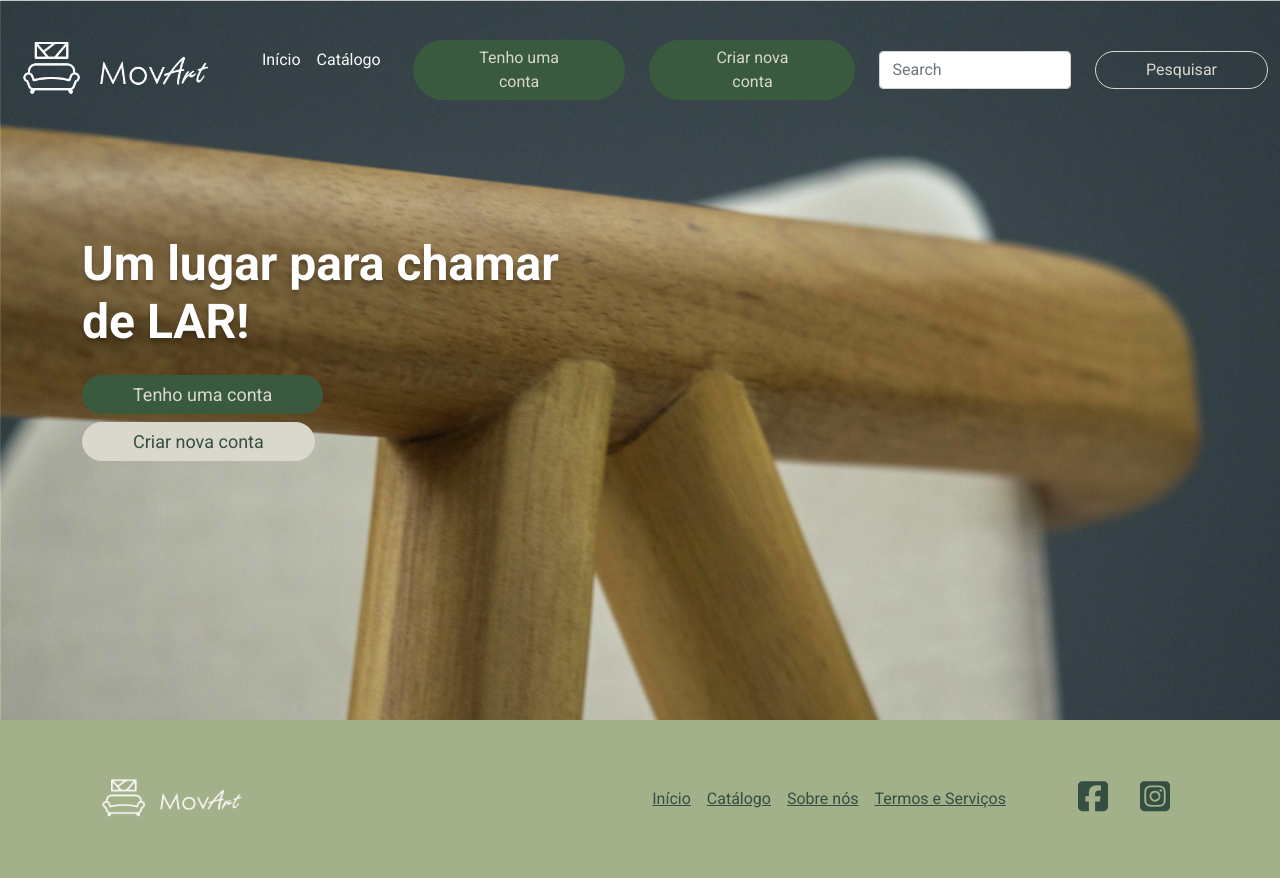
Repository: telesbp/Projeto-4-e-Projeto-5
Page: / (app in front-end/)
An editor plug-in stored every save of this project. The page is shown before and after the next save, followed by the edit.
The browser window is 1280 px wide. The pictures show the whole page.
The project was rebuilt for these pictures with package versions that can differ from the ones it lists, and the page was loaded fresh each time.

Above is the page before, as saved 2022-07-18 18:56:07.

### front-end/public/index.html
<!DOCTYPE html>
<html lang="pt-BR">
  <head>
    <meta charset="utf-8" />
    <link rel="icon" href="%PUBLIC_URL%/favicon.ico" />
    <meta name="viewport" content="width=device-width, initial-scale=1" />
    <meta name="theme-color" content="#000000" />
    <meta
      name="description"
      content="Seu negócio automatizado!"
    />
    <link rel="apple-touch-icon" href="%PUBLIC_URL%/logo192.png" />
    <!--
      manifest.json provides metadata used when your web app is installed on a
      user's mobile device or desktop. See https://developers.google.com/web/fundamentals/web-app-manifest/
    -->
    <link rel="manifest" href="%PUBLIC_URL%/manifest.json" />
    <!--
      Notice the use of %PUBLIC_URL% in the tags above.
      It will be replaced with the URL of the `public` folder during the build.
      Only files inside the `public` folder can be referenced from the HTML.

      Unlike "/favicon.ico" or "favicon.ico", "%PUBLIC_URL%/favicon.ico" will
      work correctly both with client-side routing and a non-root public URL.
      Learn how to configure a non-root public URL by running `npm run build`.
    -->
    <title>Stagio</title>

    <link rel="preconnect" href="https://fonts.googleapis.com">
    <link rel="preconnect" href="https://fonts.gstatic.com" crossorigin>
    <link href="https://fonts.googleapis.com/css2?family=Roboto:wght@400;700&display=swap" rel="stylesheet">
  </head>
  <body>
    <noscript>You need to enable JavaScript to run this app.</noscript>
    <div id="root"></div>
    <!--
      This HTML file is a template.
      If you open it directly in the browser, you will see an empty page.

      You can add webfonts, meta tags, or analytics to this file.
      The build step will place the bundled scripts into the <body> tag.

      To begin the development, run `npm start` or `yarn start`.
      To create a production bundle, use `npm run build` or `yarn build`.
    -->
  </body>
</html>

### front-end/src/index.tsx
import React from 'react';
import ReactDOM from 'react-dom/client';
import App from './App';
import 'bootstrap/dist/css/bootstrap.min.css';
import { BrowserRouter } from 'react-router-dom';
import 'react-toastify/dist/ReactToastify.css';
import { ToastContainer } from 'react-toastify';
import { GlobalStyle } from './assets/css/global';

const root = ReactDOM.createRoot(
  document.getElementById('root') as HTMLElement
);
root.render(
  <React.StrictMode>
    <BrowserRouter>
    <GlobalStyle/>
      <App />
      <ToastContainer/>
    </BrowserRouter>
  </React.StrictMode>
);

### front-end/src/App.tsx
import { HomeView } from "./views/Home";

function App() {
  return (
    <HomeView/>
  );
}

export default App;

### front-end/src/assets/css/global.ts
import { createGlobalStyle } from "styled-components";

export const GlobalStyle = createGlobalStyle`
    body{
       font-family: 'Roboto', sans-serif;
    }
`

### front-end/src/views/Home/index.tsx
import { Container } from "react-bootstrap";
import styled from "styled-components";
import bgSite from "../../assets/img/cadeira1.png"
import { CustomButton } from "../../components/CustomButton";
import { Layout } from "../../components/Layout";

export function HomeView(){
    return(
        <Layout>
            <Banner className="vh-100">
                <Container className="h-100 d-flex flex-column justify-content-center align-items-center align-items-lg-start">
                    <Title className="text-center text-white text-lg-start mt-auto mt-lg-0 ">Um lugar para chamar de LAR!</Title>
                    <CustomButton size="lg" to="login" variant="primary" className="mt-auto mt-lg-3 mb-2">Tenho uma conta</CustomButton>
                    <CustomButton size="lg" to="cadastro" variant="outline-primary" className="mb-4">Criar nova conta</CustomButton>
                </Container>
            </Banner>
        </Layout>
    )
}

const Banner = styled.div`
    background: url(${bgSite}) no-repeat center center;
    background-size: cover;
`
const Title = styled.h1`
    font-size: 2.25rem;
    font-weight: bold;
    text-shadow: 0 4px 4px rgba(0, 0, 0, 0.25);
    @media (min-width: 992px){
        font-size: 3rem;
        max-width: 500px;
    }
`

### front-end/src/components/CustomButton/index.tsx
import { Button, ButtonProps, Spinner } from "react-bootstrap";
import { LinkContainer } from "react-router-bootstrap";
import styled from "styled-components";

type Props = ButtonProps & {
    loading?: boolean
    to?: string
}

export function CustomButton({children, loading, to, ...otherProps}: Props) {
    const button = (
        <ButtonStyled {...otherProps}>
            {loading && (
                <Spinner animation="border" role="status" size="sm" className="me-2">
                    <span className="visually-hidden">Carregando...</span>
                </Spinner>
            )}
            {children}
        </ButtonStyled>
    )
    if (to){
        return(
            <LinkContainer to={to}>
                {button}
            </LinkContainer>
        )
    }
    return button
}
const ButtonStyled = styled(Button)`
    border-radius: 50px;
    font-weight: 500;
    padding:5px 50px 5px 50px;
    ${props => props.size ==='lg' && `
        font-size: 1.125rem;
    `}
    ${props => (props.variant === "primary" || !props.variant) && `
        background-color: #3A5A40;
        border-color: #3A5A40;
        color: #DAD7CD!important;
        &:hover {
            background-color: #344E41;
            border-color: #344E41;
        }
    `}
    ${props => (props.variant === "outline-primary" || !props.variant) && `
        background:#DAD7CD;
        border-color: #DAD7CD;
        color: #344E41;
        &:hover {
            background-color: #344E41;
            border-color: #344E41;
            color: #DAD7CD;
        }
    `}
    ${props => (props.variant === "outline-secundary" || !props.variant) && `
        border-color: #DAD7CD;
        color: #DAD7CD;
        &:hover {
            background-color: #344E41;
            border-color: #344E41;
            color: #DAD7CD;
        }
    `}
`

### front-end/src/components/Layout/index.tsx
import { Footer } from "./Footer"
import { Header } from "./Header"

type Props = {
    children: React.ReactNode
}
export const Layout: React.FC<Props> = ({children}) => {
    return (
        <>
            <Header/>
            {children}
            <Footer/>
        </>
    )
}

### front-end/src/components/Layout/Footer.tsx
import { faFacebookSquare, faInstagramSquare } from "@fortawesome/free-brands-svg-icons";
import { FontAwesomeIcon } from "@fortawesome/react-fontawesome";
import { Container, Nav } from "react-bootstrap";
import { Link } from "react-router-dom";
import styled from "styled-components";
import LogoBrand from "../../assets/img/logobranca.png"

export function Footer () {
    return(
        <FooterStyled>
            <Container className="d-flex p-4 justify-content-center align-items-center">
                <Link to="/" className="me-lg-auto" >
                    <img src={LogoBrand} alt="MovArt" width={170} height={80}/>
                </Link>
                <Nav className="flex-column flex-lg-row mx-5">
                    <NavLinkTitleStyled className="mx-lg-2" as={Link} to="/">Início</NavLinkTitleStyled >
                    <NavLinkTitleStyled className="mx-lg-2"  as={Link} to="/">Catálogo</NavLinkTitleStyled >
                    <NavLinkTitleStyled className="mx-lg-2"  as={Link} to="/">Sobre nós</NavLinkTitleStyled >
                    <NavLinkTitleStyled className="mx-lg-2"  as={Link} to="/">Termos e Serviços</NavLinkTitleStyled >
                </Nav>
                <Nav>
                    <Nav.Link href="http://facebook.com" target="_blank">
                        <FontAwesomeIconStyle icon={faFacebookSquare} />
                    </Nav.Link>
                    <Nav.Link href="http://instagram.com" target="_blank">
                        <FontAwesomeIconStyle icon={faInstagramSquare} />
                    </Nav.Link>
                </Nav>
            </Container>
        </FooterStyled>
    )
}

const FooterStyled = styled.footer`
    background: #A3B18A;
    padding: 30px 0 40px;
    @media (min-width: 992px){
        padding: 15px 0;
    }
`
const NavLinkTitleStyled = styled(Nav.Link)`
    color:#344E41;
    &:hover{
        color:#DAD7CD;
    }
`
const FontAwesomeIconStyle = styled(FontAwesomeIcon)`
    color: #344E41;
    width: 30px;
    height: auto;
`

### front-end/src/components/Layout/Header.tsx
import { faBarsStaggered } from "@fortawesome/free-solid-svg-icons";
import { FontAwesomeIcon } from "@fortawesome/react-fontawesome";
import { useEffect, useState } from "react";
import { Container, Form, Nav, Navbar } from "react-bootstrap";
import { Link } from "react-router-dom";
import styled from "styled-components";
import LogoBrand from "../../assets/img/logobranca.png"
import LogoBrandBlack from "../../assets/img/logopreta.png"
import { CustomButton } from "../CustomButton";

export function Header() {
    const [isTransparent, setIsTransparent] = useState(true)
    useEffect(() => {
        const scrollChange = () => {
            const isLowScroll = window.scrollY < 60
            if (isLowScroll !== isTransparent){
            setIsTransparent(isLowScroll)
        }
        }
        window.addEventListener("scroll", scrollChange)
        return () => {
            window.removeEventListener("scroll", scrollChange)
        }
    },[isTransparent])
    return(
        <NavBarStyle fixed="top" expand="lg" bg={isTransparent ? undefined : "white"}>
        <Container fluid>
          <Navbar.Brand to="/" as={Link}>
            <ImageStyle src={LogoBrand} alt="MovArt" width={170} height={80}/>
          </Navbar.Brand>
          <NavBarToggleStyled aria-controls="basic-navbar-nav">
            <FontAwesomeIcon icon={faBarsStaggered}  className="text-white" size="lg" />
            </NavBarToggleStyled>
        <NavBarCollapseStyled id="basic-navbar-nav">
          <Nav className="ms-auto">
            <NavLinkStyled forwardedAs={Link} to="/" className="justify-contend-center text-center">Início</NavLinkStyled>
            <NavLinkStyled forwardedAs={Link} to="/catálogo" className="justify-contend-center text-center">Catálogo</NavLinkStyled>
            <CustomButton className="mt-2 mt-lg-0 ms-lg-4" variant="primary">Tenho uma conta</CustomButton>
            <CustomButton className="mt-2 mt-lg-0 ms-lg-4" variant="primary">Criar nova conta</CustomButton>
        </Nav>
            <Form className="d-flex">
              <Form.Control
                type="search"
                placeholder="Search"
                className="mt-2 mt-lg-0 ms-lg-4"
                aria-label="Search"
              />
              <CustomButton variant={isTransparent ? "outline-secundary" : "outline-primary" } className="mt-2 mt-lg-0 ms-lg-4">Pesquisar</CustomButton>
            </Form>
          </NavBarCollapseStyled>
        </Container>
      </NavBarStyle>
    )
}
const NavBarStyle = styled(Navbar)`
    transition: all 0.3s linear;
    ${props => props.bg === "white" && `
        box-shadow: 0 2px 4px rgba(0, 0, 0, .25);
        background: #A3B18A!important;
    `}

`
const NavBarToggleStyled = styled(Navbar.Toggle)`
    border:none;
`

const NavBarCollapseStyled = styled(Navbar.Collapse)`
   @media (max-width: 991px) {
   background-color:#fafafa ;
    margin: 0 -12px;
    padding: 1rem 2rem;
}
`
const NavLinkStyled = styled(Nav.Link)`
    @media (min-width: 992px){
        color: #fafafa!important;
    }

`
const ImageStyle = styled.img`
    @media (min-width: 992px){
       width: 226px;
       height: auto;
    }
`

After the next save:
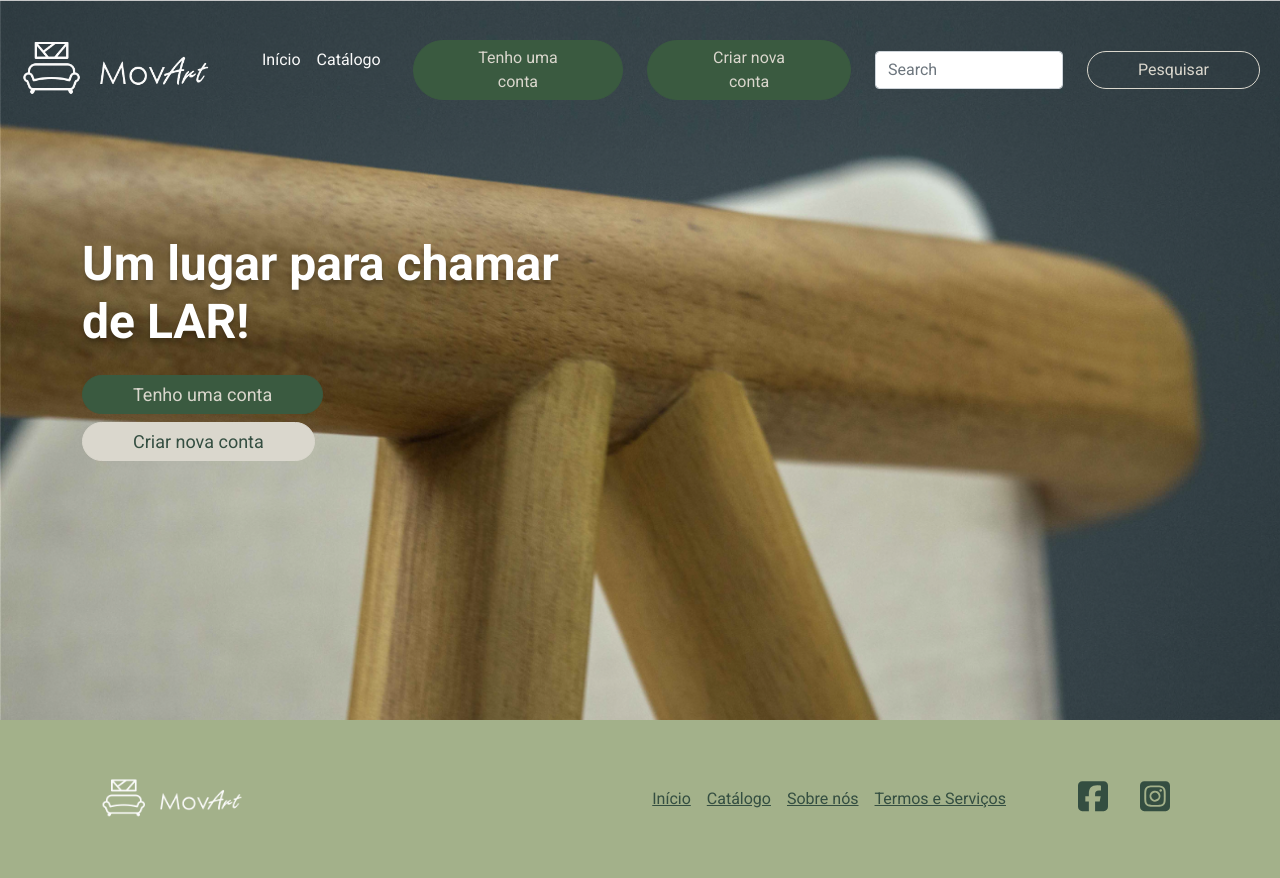
Saved 64 s later.
--- a/front-end/src/components/Layout/Header.tsx
+++ b/front-end/src/components/Layout/Header.tsx
@@ -45,7 +45,7 @@ export function Header() {
                 className="mt-2 mt-lg-0 ms-lg-4"
                 aria-label="Search"
               />
-              <CustomButton variant={isTransparent ? "outline-secundary" : "outline-primary" } className="mt-2 mt-lg-0 ms-lg-4">Pesquisar</CustomButton>
+              <CustomButton variant={isTransparent ? "outline-secundary" : "outline-primary" } className="mt-2 mt-lg-0 ms-lg-4 mx-2">Pesquisar</CustomButton>
             </Form>
           </NavBarCollapseStyled>
         </Container>
